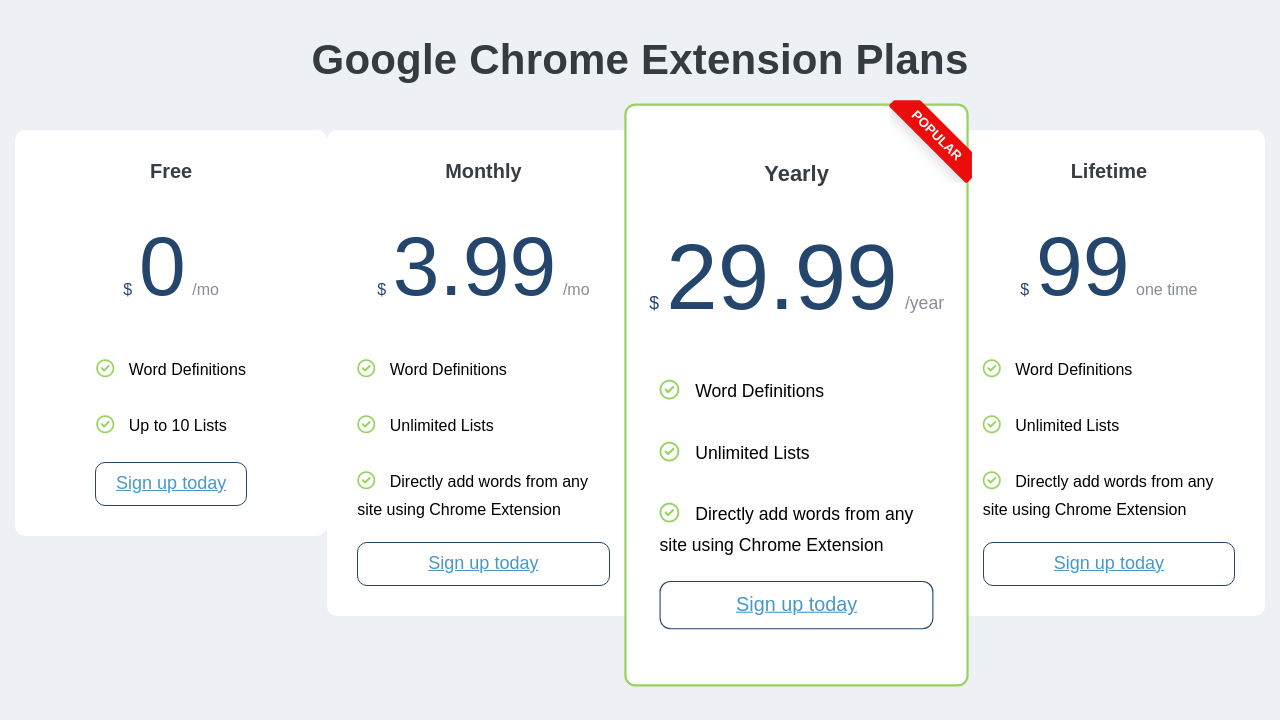
Repository: Novoselets28/chatos-test-task
Page: index.html
The author's editor kept a copy of each file at every save. The page is drawn from the files as they stood at one save, then again after the next save.
The browser window is 1280 px wide. The pictures show the whole page.

Above is the page before, as saved 2023-04-19 22:26:54.

### index.html
<!DOCTYPE html>
<html lang="en">
<head>
    <meta charset="UTF-8">
    <meta http-equiv="X-UA-Compatible" content="IE=edge">
    <meta name="viewport" content="width=device-width, initial-scale=1.0">
    <link rel="stylesheet" type="text/css" href="index.css" />
    <link rel="stylesheet" href="https://cdnjs.cloudflare.com/ajax/libs/font-awesome/6.0.0/css/all.min.css">
    <link rel="preconnect" href="https://fonts.googleapis.com">
    <link rel="preconnect" href="https://fonts.gstatic.com" crossorigin>
    <link href="https://fonts.googleapis.com/css2?family=Arimo:wght@400;700&family=Rubik&display=swap" rel="stylesheet">
    <title>Document</title>
</head>
<body>
    <div class="page__extension extension">
        <div class="extension__container _container">
            <div class="extension__header header-block">
                <h2 class="header-block__title">Google Chrome Extension Plans</h2>
            </div>
            <div class="extension__items">
                <!-- Modern pricing table - Free -->
                <div class="extension__item item-extension">
                    <h5 class="item-extension__title">Free</h5>
                    <div class="item-extension__price price-item">
                        <span class="price-item__dollar">$</span>
                        <span class="price-item__number">0</span>
                        <span class="price-item__label">/mo</span>
                    </div>
                    <div class="item-extension__points">
                        <ul class="item-extension__point point-list">
                            <li class="point-list__item">
                                <i class="icon fa-regular fa-circle-check" style="color: #96d35f;"></i>
                                Word Definitions
                            </li>
                            <li class="point-list__item">
                                <i class="icon fa-regular fa-circle-check" style="color: #96d35f;"></i>
                                Up to 10 Lists
                            </li>
                        </ul>
                        <a href="https://boostvocab.com/register" class="item-extension__button">Sign up today</a>
                    </div>

                </div>
                <!-- END : Modern pricing table - Free -->
                <!-- Modern pricing table - MOnthly -->
                <div class="extension__item item-extension">
                    <h5 class="item-extension__title">Monthly</h5>
                    <div class="item-extension__price price-item">
                        <span class="price-item__dollar">$</span>
                        <span class="price-item__number">3.99</span>
                        <span class="price-item__label">/mo</span>
                    </div>
                    <div class="item-extension__points">
                        <ul class="item-extension__point point-list">
                            <li class="point-list__item">
                                <i class="icon fa-regular fa-circle-check" style="color: #96d35f;"></i>
                                Word Definitions
                            </li>
                            <li class="point-list__item">
                                <i class="icon fa-regular fa-circle-check" style="color: #96d35f;"></i>
                                Unlimited Lists
                            </li>
                            <li class="point-list__item">
                                <i class="icon fa-regular fa-circle-check" style="color: #96d35f;"></i>
                                Directly add words from any site using Chrome Extension
                            </li>
                        </ul>
                        <a target="new" href="https://buy.stripe.com/5kAdRpbLh3k71RS6oo" class="item-extension__button">Sign up today</a>
                    </div>
                </div>
                <!-- END : Modern pricing table - Monthly -->
                <!-- Modern pricing table - Yearly -->
                <div class="extension__item item-extension item-extension_active">
                    <div class="ribbon"><span>POPULAR</span></div>
                    <h5 class="item-extension__title">Yearly</h5>
                    <div class="item-extension__price price-item">
                        <span class="price-item__dollar">$</span>
                        <span class="price-item__number">29.99</span>
                        <span class="price-item__label">/year</span>
                    </div>
                    <div class="item-extension__points">
                       <ul class="item-extension__point point-list">
                            <li class="point-list__item">
                                <i class="icon fa-regular fa-circle-check" style="color: #96d35f;"></i>
                                Word Definitions
                            </li>
                            <li class="point-list__item">
                                <i class="icon fa-regular fa-circle-check" style="color: #96d35f;"></i>
                                Unlimited Lists
                            </li>
                            <li class="point-list__item">
                                <i class="icon fa-regular fa-circle-check" style="color: #96d35f;"></i>
                                Directly add words from any site using Chrome Extension
                            </li>
                        </ul>
                        <a target="new" href="https://buy.stripe.com/aEU6oX3eL6wjdAA7st" class="item-extension__button">Sign up today</a>
                    </div>
                </div>
                <!-- END : Modern pricing table - Yearly -->
                <!-- Modern pricing table - Lifetime -->
                <div class="extension__item item-extension">
                    <h5 class="item-extension__title">Lifetime</h5>
                    <div class="item-extension__price price-item">
                        <span class="price-item__dollar">$</span>
                        <span class="price-item__number">99</span>
                        <span class="price-item__label">one time</span>
                    </div>
                    <div class="item-extension__points">
                        <ul class="item-extension__point point-list">
                            <li class="point-list__item">
                                <i class="icon fa-regular fa-circle-check" style="color: #96d35f;"></i>
                                Word Definitions
                            </li>
                            <li class="point-list__item">
                                <i class="icon fa-regular fa-circle-check" style="color: #96d35f;"></i>
                                Unlimited Lists
                            </li>
                            <li class="point-list__item">
                                <i class="icon fa-regular fa-circle-check" style="color: #96d35f;"></i>
                                Directly add words from any site using Chrome Extension
                            </li>
                        </ul>
                        <a target="new" href="https://buy.stripe.com/4gwfZxbLh8Er54428a" class="item-extension__button">Sign up today</a>
                    </div>
                </div>
            </div>
            <!-- END : Modern pricing table - Lifetime -->
        </div>
    </div>
</body>
</html>

### index.css
*{
    margin: 0;
    padding: 0;
    box-sizing: border-box;
}

.extension__container{
    background-color: #edf0f5;
}

._container{
    max-width: 100%;
    height: 100vh;
    padding: 0 15px;
    margin: 0 auto;
    box-sizing: content-box;
    font-family: 'Arimo', sans-serif;
}

.extension__header{
    margin: 0 0 40px 0;
    padding: 30px 0 0;
}

.header-block{
    text-align: center;
}

.header-block__title{
    font-size: 42px;
    letter-spacing: 0.2px;
    font-weight: 700;
    line-height: 142%;
    color: #363b3f;
}

.extension__items{
    display: flex;
    align-items: flex-start;
    font-family: inherit;
    font-size: 24px;
}

.extension__item{
    flex: 0 1 33.333%;
}

.item-extension{
    display: flex;
    flex-direction: column;
    justify-content: center;
    align-items: center;
    background-color: #fff;
    padding: 30px 0;
    border-radius: 10px;
}

.item-extension_active{
    border: 2px solid #96d35f;
    left: 0px;
    position: relative;
    top: 0px;
    padding: 50px 0;
    transform: scale(1.1);
    z-index: 1;
}

.ribbon {
    width: 75px;
    height: 75px;
    position: absolute;
    top: -5px;
    right: -5px;
    overflow: hidden;
}

.ribbon span {
    position: absolute;
    font-family: 'Arimo', sans-serif;
    font-weight: bold;
    top: 20px;
    right: -18px;
    transform: rotate(45deg);
    width: 100px;
    background: #eb0c0c;
    padding: 5px 0;
    color: #fff;
    text-align: center;
    font-size: 12px;
    box-shadow: 0 5px 10px rgba(0,0,0,0.12);
}

.item-extension__title{
    color: #373d42;
    margin: 0 0 35px;
}

.item-extension__price{
    color: #24466c;
}

.price-item{
    margin: 0 0 25px;
    font-size: 24px;
    font-family: 'Poppins', sans-serif;
    font-weight: lighter;
}

.price-item__dollar{
    font-size: 16px;
}

.price-item__number{
    text-transform: uppercase;
    font-size: 84px;
}

.price-item__label{
    color: #878d96;
    font-size: 16px;
}

.item-extension__points{
    display: flex;
    flex-direction: column;
    justify-content: center;
    align-items: center;
    margin: 0 30px;
}

.item-extension__point{
    color: inherit;
    font-weight: 400;
    line-height: 150%;
    font-size: 16px;
    display: flex;
    flex-direction: column;
    justify-content: space-around;
    align-items: center;
    margin: 0 0 10px;
}

.point-list{

}

.point-list__item .icon{
    content: "f058";
    font-family: "Font Awesome 6 Free";
    font-size: 18px;
    line-height: 2;
    padding: 0 10px 0 0;
}

.point-list__item{
    list-style-type: none;
    width: 100%;
    padding: 10px 0;
}

.point-list__icon{

}

.item-extension__button{
    border: 1px solid #24466c;
    min-height: 44px;
    display: flex;
    font-weight: 400;
    justify-content: center;
    align-items: center;
    line-height: 120%;
    padding: 5px 20px;
    text-align: center;
    border-radius: 10px;
    width: 100%;
    color: #4798c9;
    font-size: 18px;
}

After the next save:
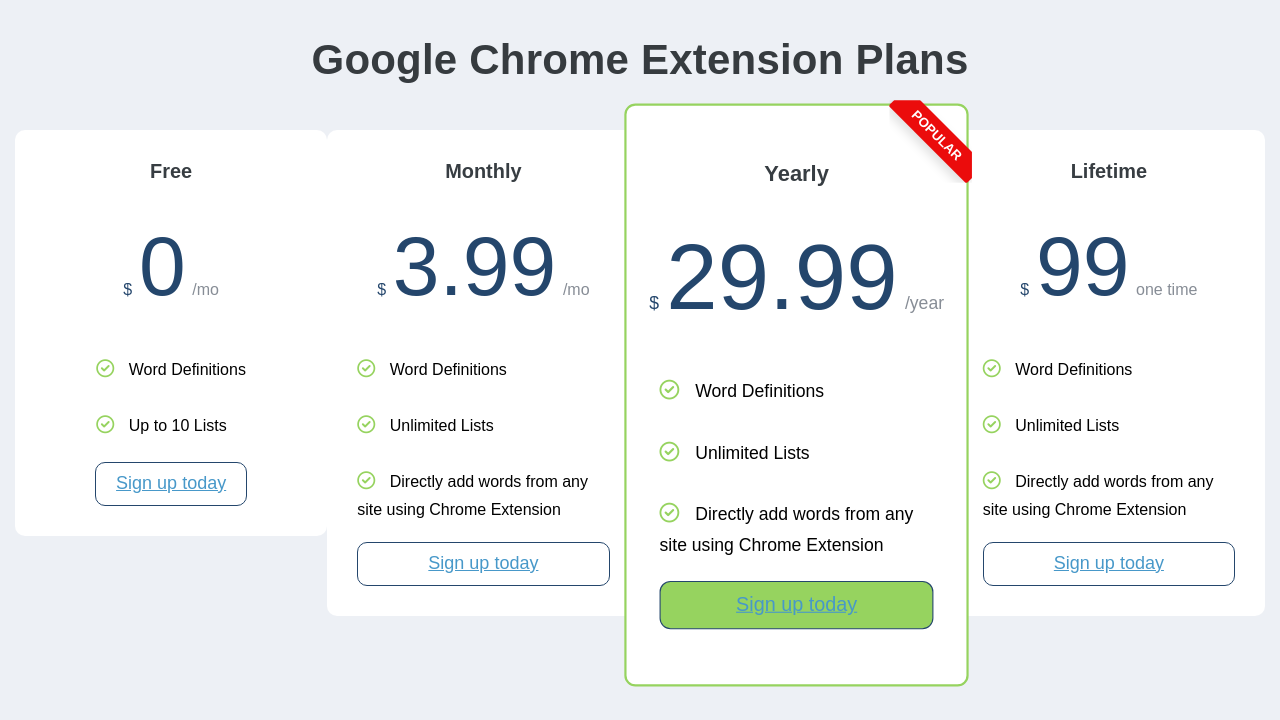
Saved 113 s later.
--- a/index.css
+++ b/index.css
@@ -63,6 +63,10 @@
     padding: 50px 0;
     transform: scale(1.1);
     z-index: 1;
+}
+
+.item-extension_active .item-extension__button{
+    background-color: #96d35f;
 }
 
 .ribbon {
